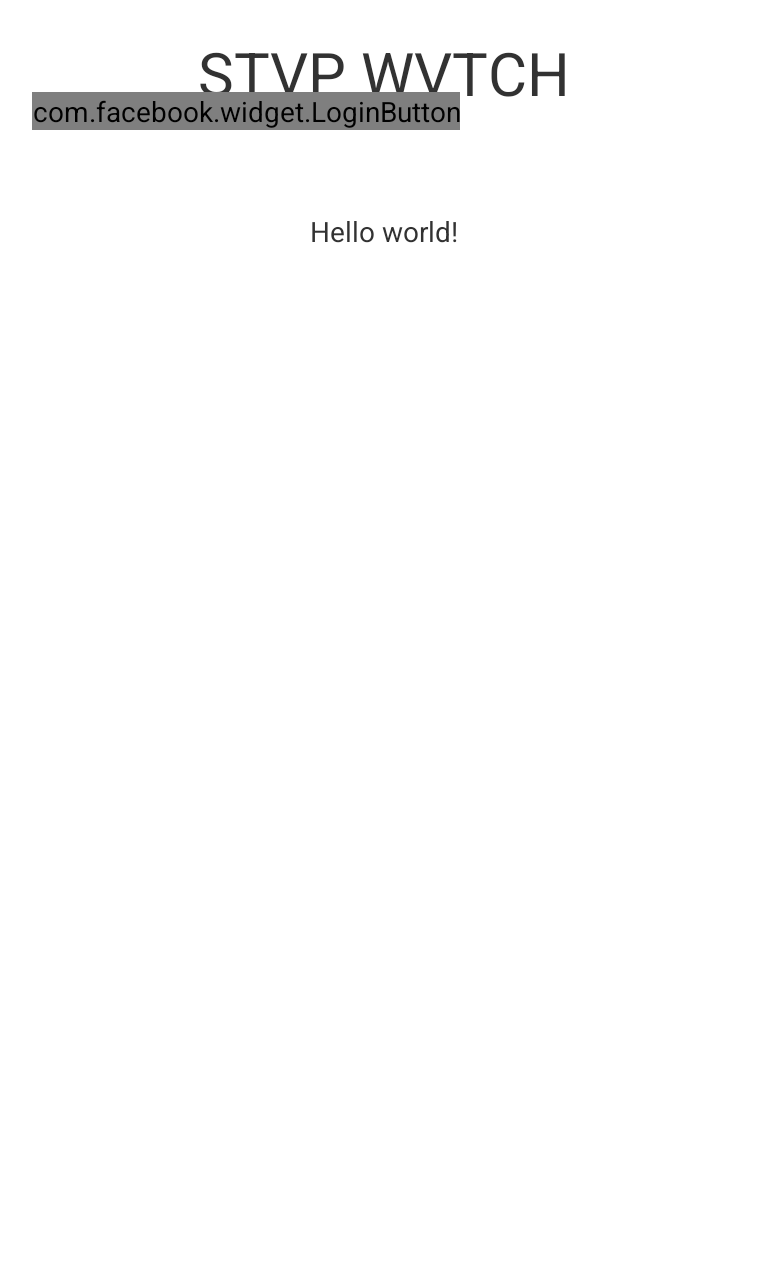
Repository: albertowusuasare/CustomStopWatch
Layout: CustomStopWatch/res/layout/activity_main.xml
The author's editor kept a copy of each file at every save. The layout is drawn from the files as they stood at one save, then again after the next save.
Pictures or frames that could not be fetched are drawn as grey boxes. It is drawn on a 768 x 1280 px phone screen (xhdpi) without system bars, with theme AppTheme; the app's code is not run.

Above is the layout before, as saved 2014-09-19 23:28:00.

### CustomStopWatch/res/layout/activity_main.xml
<RelativeLayout xmlns:android="http://schemas.android.com/apk/res/android"
    xmlns:tools="http://schemas.android.com/tools"
    android:layout_width="match_parent"
    android:layout_height="match_parent"
    android:paddingBottom="@dimen/activity_vertical_margin"
    android:paddingLeft="@dimen/activity_horizontal_margin"
    android:paddingRight="@dimen/activity_horizontal_margin"
    android:paddingTop="@dimen/activity_vertical_margin"
    tools:context="com.example.customstopwatch.MainActivity" >

    <TextView
        android:id="@+id/StartUpText"
        android:layout_width="wrap_content"
        android:layout_height="wrap_content"
        android:layout_alignBottom="@+id/welcome"
        android:layout_centerHorizontal="true"
        android:layout_marginBottom="71dp"
        android:text="@string/AppName"
        android:textSize="30sp" />

    <TextView
        android:id="@+id/welcome"
        android:layout_width="wrap_content"
        android:layout_height="wrap_content"
        android:layout_alignParentTop="true"
        android:layout_centerHorizontal="true"
        android:layout_marginTop="90dp"
        android:text="@string/hello_world" />

    <com.facebook.widget.LoginButton
        android:id="@+id/authButton"
        android:layout_width="wrap_content"
        android:layout_height="wrap_content"
        android:layout_gravity="center_horizontal"
        android:layout_marginTop="30dp"
        />

</RelativeLayout>

### CustomStopWatch/res/values/strings.xml
<?xml version="1.0" encoding="utf-8"?>
<resources>

    <string name="app_name">CustomStopWatch</string>
    <string name="hello_world">Hello world!</string>
    <string name="action_settings">Settings</string>
    <string name="app_id">520107024800743</string>
    <string name="AppName">STVP WVTCH</string>

</resources>

Loaded but not shown: CustomStopWatch/res/values/styles.xml (common file); CustomStopWatch/res/values-v11/styles.xml (common file); CustomStopWatch/res/values-v14/styles.xml (common file); CustomStopWatch/res/values/dimens.xml (common file); CustomStopWatch/res/values-w820dp/dimens.xml (common file)

After the next save:
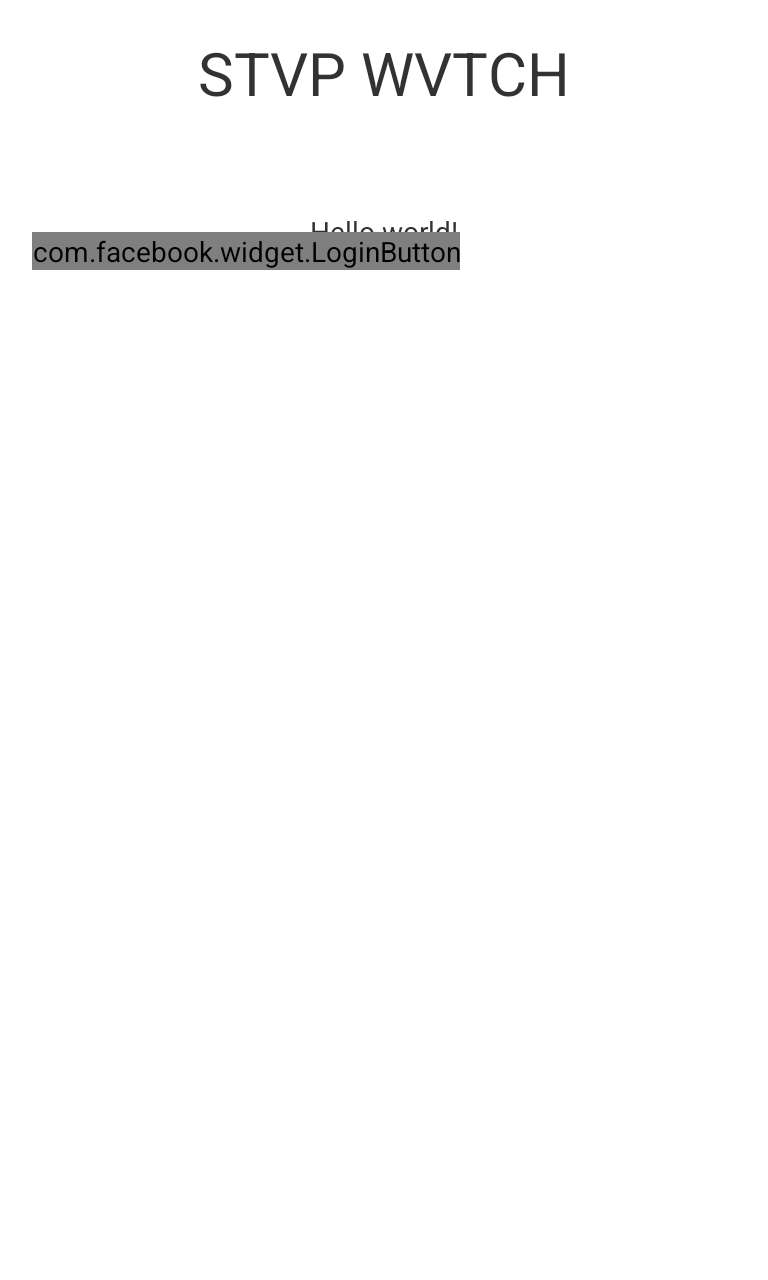
Saved 17 s later.
--- a/CustomStopWatch/res/layout/activity_main.xml
+++ b/CustomStopWatch/res/layout/activity_main.xml
@@ -32,7 +32,7 @@
         android:layout_width="wrap_content"
         android:layout_height="wrap_content"
         android:layout_gravity="center_horizontal"
-        android:layout_marginTop="30dp"
+        android:layout_marginTop="100dp"
         />
 
 </RelativeLayout>
